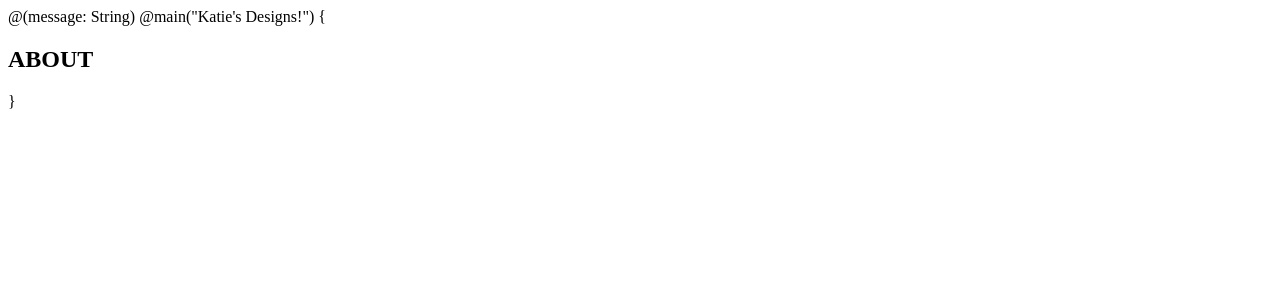
Repository: arthurfeeney/Interior-Design
Page: server/app/views/index.scala.html
The author's editor kept a copy of each file at every save. The page is drawn from the files as they stood at one save, then again after the next save.
The browser window is 1280 px wide. The pictures show the whole page.

Above is the page before, as saved 2019-03-31 19:13:08.

After the next save:
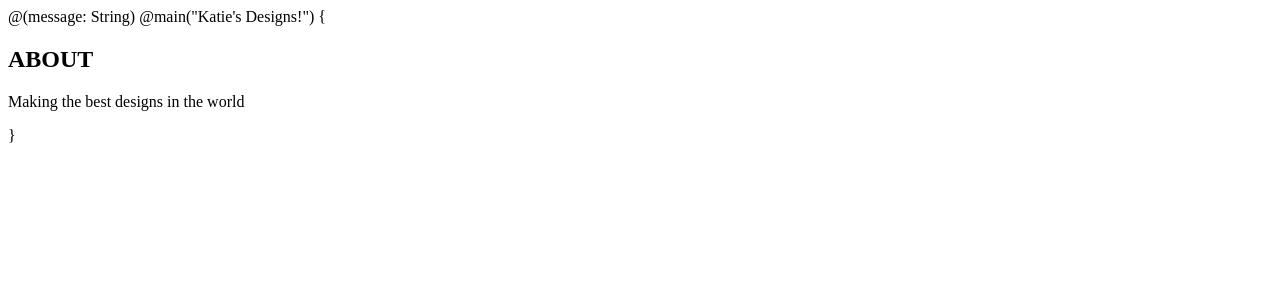
Saved 97 s later.
--- a/server/app/views/index.scala.html
+++ b/server/app/views/index.scala.html
@@ -9,7 +9,15 @@
 						<h2> ABOUT </h2>
 					</div>
 				</div>
+				<div class="row">
+					<div class="col-md-6 text-center">
+						<div class="mz-about-container">
+							<p> Making the best designs in the world </p>
+						</div>
+					</div>
+				</div>
 			</div>
+
 		</section>
 
 	</body>
